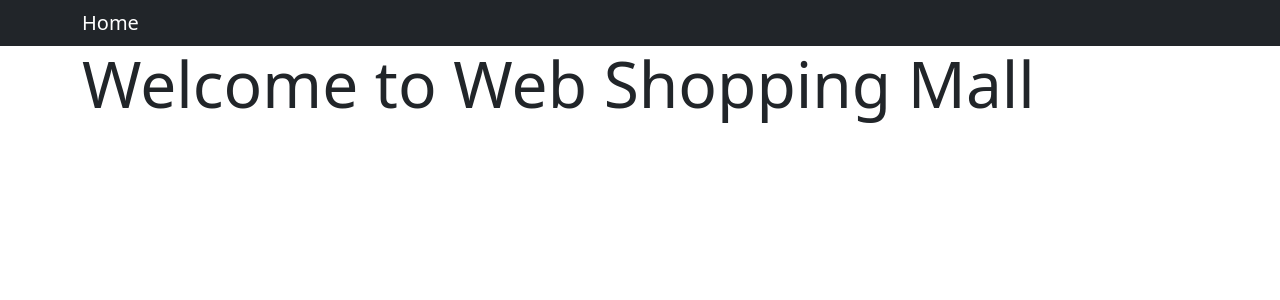
Repository: CheolHo-0428/JSP-Web-Programming
Page: http://localhost/WebMarket/welcome.jsp
The author's editor kept a copy of each file at every save. The page is drawn from the files as they stood at one save, then again after the next save.
The browser window is 1280 px wide. The pictures show the whole page.
The page is served by Tomcat 9.

Above is the page before, as saved 2021-05-06 14:44:57.

After the next save:
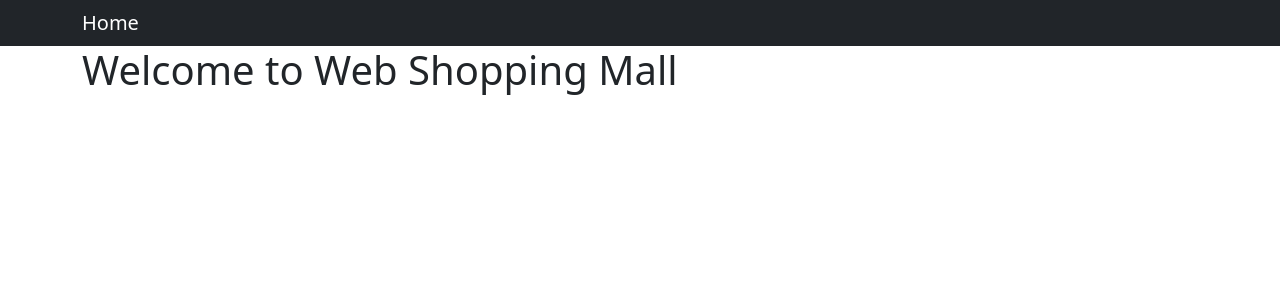
Saved 5 s later.
--- a/WebMarket/src/main/webapp/welcome.jsp
+++ b/WebMarket/src/main/webapp/welcome.jsp
@@ -23,7 +23,7 @@
 	%>
 	<div class = "jumbotron">
 		<div class = "container">
-			<h1 class = "display-3">
+			<h1 class = "display-10">
 				<%= greeting %>
 			</h1>
 		</div>

After the save that followed:
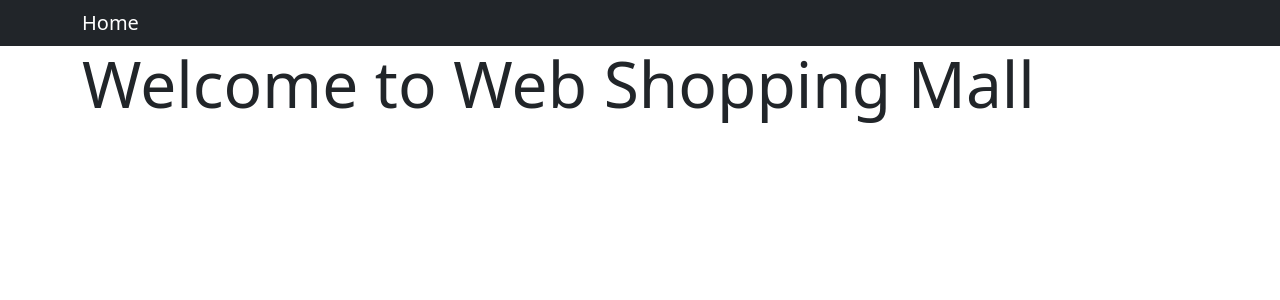
Saved 5 s later.
--- a/WebMarket/src/main/webapp/welcome.jsp
+++ b/WebMarket/src/main/webapp/welcome.jsp
@@ -23,7 +23,7 @@
 	%>
 	<div class = "jumbotron">
 		<div class = "container">
-			<h1 class = "display-10">
+			<h1 class = "display-3">
 				<%= greeting %>
 			</h1>
 		</div>
